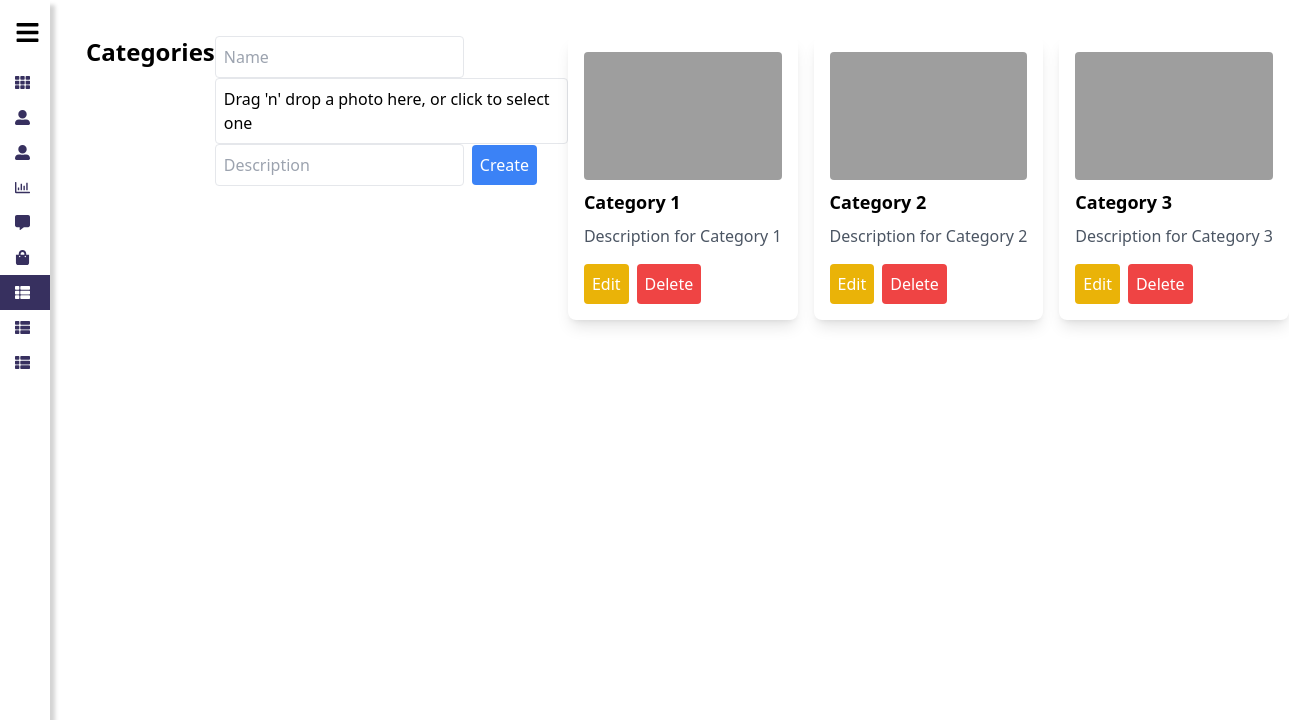
Repository: AndargWorku12/admin-dashboard
Page: /category
These files come from the project's save history. The page is drawn as it stood at one moment and after the next save; the edit follows.
The browser window is 1280 px wide. The page is 1289 px wide, then 1280 px, so the pictures cover 1289 px, including what lies to the right of the window. The pictures show the whole page.
Pictures or frames that could not be fetched are drawn as grey boxes. The project was rebuilt for these pictures with package versions that can differ from the ones it lists, and the page was loaded fresh each time. Also part of the build but not shown: src/styles/analytics.css, src/pages/Analytics.tsx, src/pages/Dashboard.tsx, src/styles/orders.css, src/pages/OrderTable.tsx, src/pages/OrderModal.tsx, src/pages/Orders.tsx, src/styles/login.css and 10 more.

Above is the page before, as saved 2024-02-03 00:47:29.

After the next save:
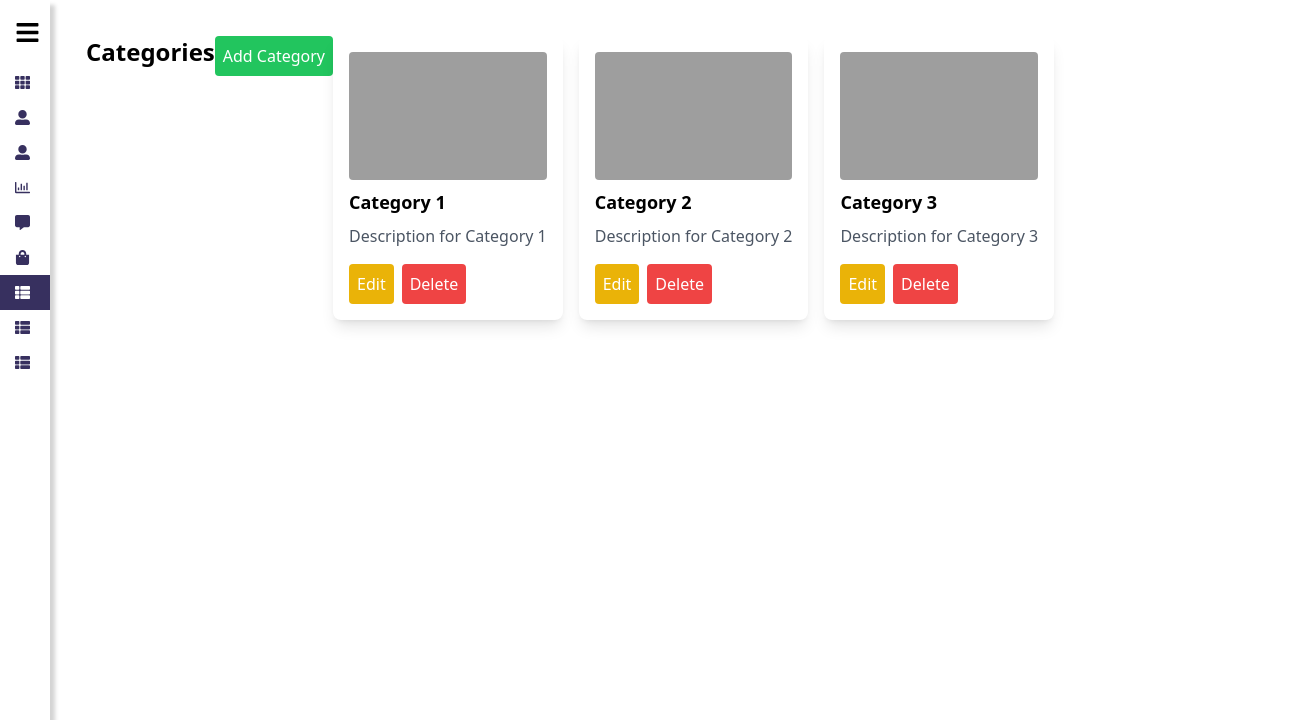
Saved 3 min 56 s later.
--- a/src/pages/CategoryPage.tsx
+++ b/src/pages/CategoryPage.tsx
@@ -15,6 +15,7 @@ const CategoryPage: React.FC = () => {
   const [newCategory, setNewCategory] = useState<Category>({ id: 0, name: '', photo: '', description: '' });
   const [editingCategory, setEditingCategory] = useState<Category | null>(null);
   const [deletingCategory, setDeletingCategory] = useState<Category | null>(null);
+  const [isAddModalOpen, setAddModalOpen] = useState<boolean>(false);
 
   // Fetch categories on component mount
   useEffect(() => {
@@ -38,6 +39,7 @@ const CategoryPage: React.FC = () => {
     setTimeout(() => {
       console.log('Creating category:', newCategory);
       setNewCategory({ id: 0, name: '', photo: '', description: '' });
+      setAddModalOpen(false); // Close the modal after creating a new category
       fetchCategories(); // Refresh the list after creating a new category
     }, 500); // Simulating a delay for asynchronous API call
   };
@@ -74,32 +76,45 @@ const CategoryPage: React.FC = () => {
     <div className="container mx-auto p-4">
       <h1 className="text-2xl font-bold mb-4">Categories</h1>
 
-      {/* Create Category */}
+      {/* Add Category Button */}
       <div className="mb-4">
-        <input
-          type="text"
-          placeholder="Name"
-          value={newCategory.name}
-          onChange={(e) => setNewCategory({ ...newCategory, name: e.target.value })}
-          className="p-2 mr-2 border rounded"
-        />
-        <div {...getRootProps()} className={`p-2 border rounded ${isDragActive ? 'bg-gray-200' : ''}`}>
-          <input {...getInputProps()} />
-          {newCategory.photo instanceof File ? (
-            <p>Photo uploaded: {newCategory.photo.name}</p>
-          ) : (
-            <p>Drag 'n' drop a photo here, or click to select one</p>
-          )}
+        <button onClick={() => setAddModalOpen(true)} className="bg-green-500 text-white p-2 rounded">Add Category</button>
+      </div>
+
+      {/* Create Category Modal */}
+      {isAddModalOpen && (
+        <div className="fixed inset-0 bg-black bg-opacity-50 flex items-center justify-center">
+          <div className="bg-white p-8 rounded-lg">
+            <h2 className="text-2xl font-bold mb-4">Add Category</h2>
+            <input
+              type="text"
+              placeholder="Name"
+              value={newCategory.name}
+              onChange={(e) => setNewCategory({ ...newCategory, name: e.target.value })}
+              className="p-2 mb-2 border rounded"
+            />
+            <div {...getRootProps()} className={`p-2 border rounded ${isDragActive ? 'bg-gray-200' : ''}`}>
+              <input {...getInputProps()} />
+              {newCategory.photo instanceof File ? (
+                <p>Photo uploaded: {newCategory.photo.name}</p>
+              ) : (
+                <p>Drag 'n' drop a photo here, or click to select one</p>
+              )}
+            </div>
+            <input
+              type="text"
+              placeholder="Description"
+              value={newCategory.description}
+              onChange={(e) => setNewCategory({ ...newCategory, description: e.target.value })}
+              className="p-2 mb-2 border rounded"
+            />
+            <div className="flex justify-end">
+              <button onClick={createCategory} className="bg-blue-500 text-white p-2 rounded">Create</button>
+              <button onClick={() => setAddModalOpen(false)} className="ml-2 bg-gray-400 text-white p-2 rounded">Cancel</button>
+            </div>
+          </div>
         </div>
-        <input
-          type="text"
-          placeholder="Description"
-          value={newCategory.description}
-          onChange={(e) => setNewCategory({ ...newCategory, description: e.target.value })}
-          className="p-2 mr-2 border rounded"
-        />
-        <button onClick={createCategory} className="bg-blue-500 text-white p-2 rounded">Create</button>
-      </div>
+      )}
 
       {/* Display Categories */}
       <div className="flex space-x-4">
